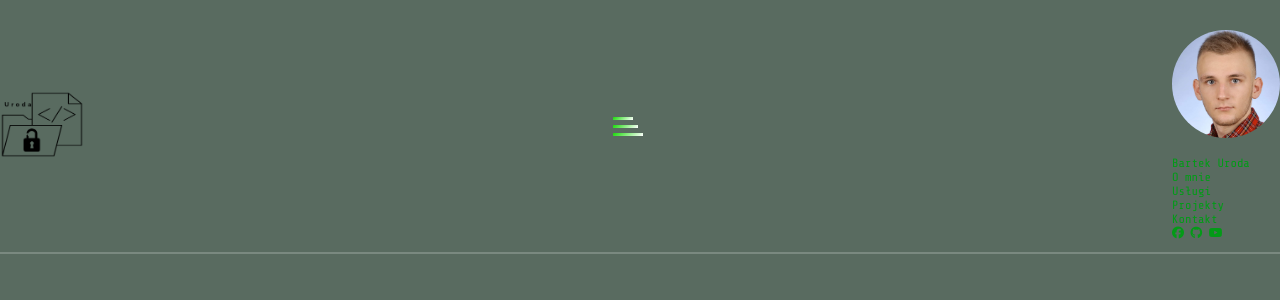
Repository: BartekUroda/portfolio
Page: index.html
An editor plug-in stored every save of this project. The page is shown before and after the next save, followed by the edit.
The browser window is 1280 px wide. The pictures show the whole page.
Some web libraries are served in a nearby version.

Above is the page before, as saved 2020-10-26 21:17:28.

After the next save:
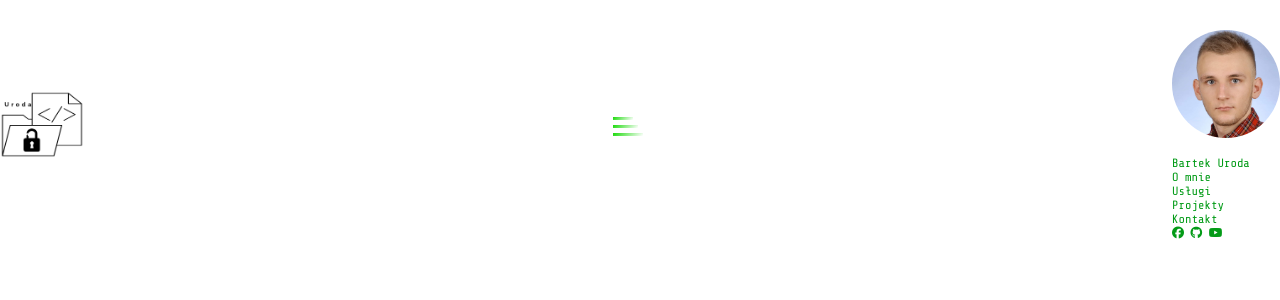
Saved 11 s later.
--- a/css/style.css
+++ b/css/style.css
@@ -12,7 +12,7 @@ html {
     box-sizing: border-box;
     scroll-behavior: smooth;
     color: #e7e7e7;
-    background: rgb(89, 107, 96);
+    background: rgba(89, 107, 96, 0);
 }
 
 a {
